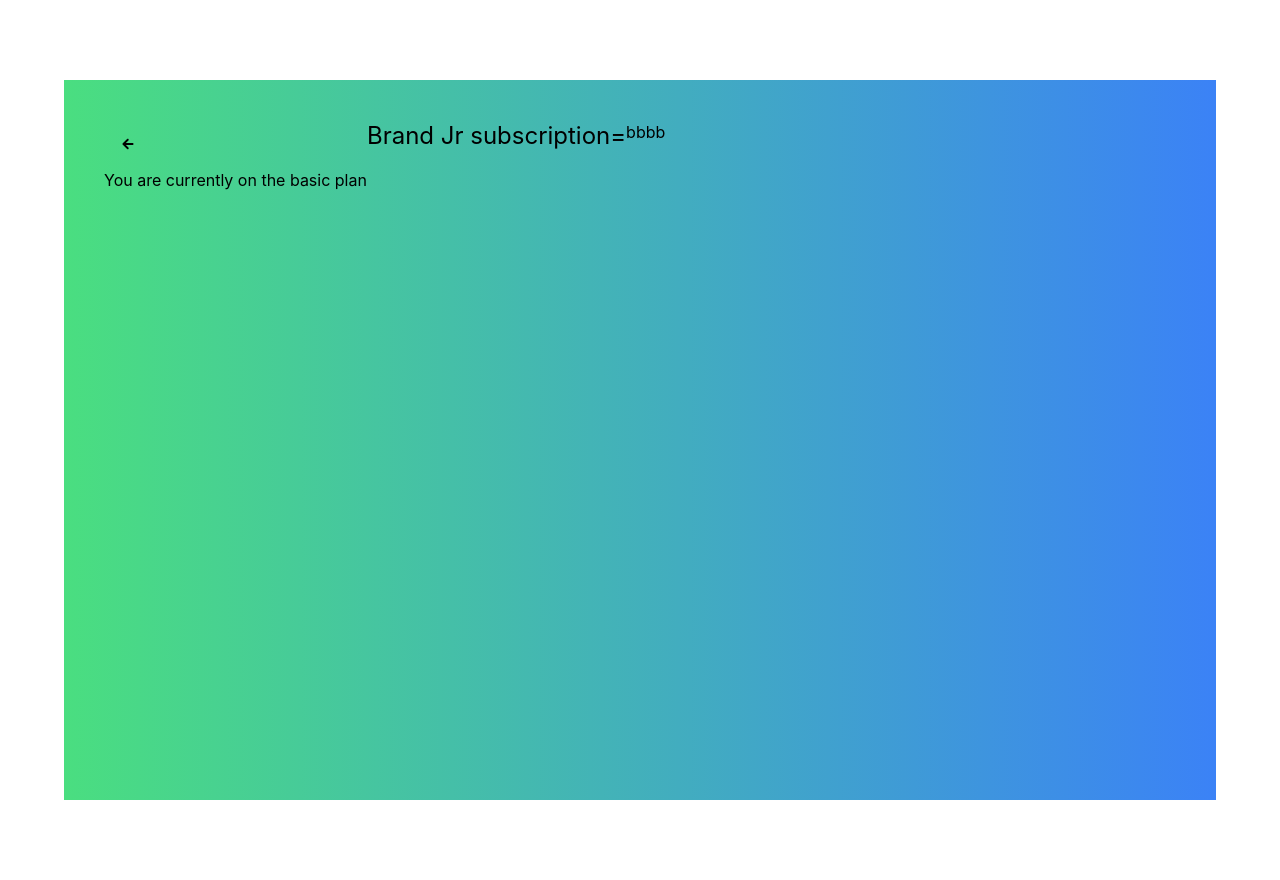
Repository: brandford7/music-player
Page: /subscription
An editor plug-in stored every save of this project. The page is shown before and after a run of saves, followed by the edit.
The browser window is 1280 px wide. The pictures show the whole page.
The project was rebuilt for these pictures with package versions that can differ from the ones it lists, and the page was loaded fresh each time. The framework's server and built-in components were replaced by stand-ins that run in the browser. Also part of the build but not shown: next.config.js, components/Sidebar.jsx, components/MusicButton.jsx, components/MusicCard.jsx, components/SongList.jsx, components/PlaylistComponent.jsx, components/LibraryComponent.jsx.

Above is the page before, as saved 2022-11-19 11:45:06.

### pages/subscription.js
import React from "react";
import { SubscriptionComponent } from "../components";

const Subscription = () => {
  return (
    <div className="flex mx-auto max-w-6xl my-20 space-x-10 h-screen p-10 bg-gradient-to-r from-green-400 to-blue-500">
      <SubscriptionComponent />
    </div>
  );
};

export default Subscription;

### styles/globals.css
@tailwind base;
@tailwind components;
@tailwind utilities;



html,
body {
  padding: 0;
  margin: 0;
  font-family: -apple-system, BlinkMacSystemFont, Segoe UI, Roboto, Oxygen,
    Ubuntu, Cantarell, Fira Sans, Droid Sans, Helvetica Neue, sans-serif;
}

a {
  color: inherit;
  text-decoration: none;
}

* {
  box-sizing: border-box;
}

@media (prefers-color-scheme: dark) {
  html {
    color-scheme: dark;
  }
  body {
    color: white;
    background: black;
  }
}

### components/index.js
export { default as Sidebar } from './Sidebar';
export { default as UserAvatar } from './UserAvatar';
export { default as MusicCard } from './MusicCard';
export { default as MusicButton } from './MusicButton';
export { default as SongList } from './SongList';
export { default as PlaylistComponent } from './PlaylistComponent';
export { default as LibraryComponent } from './LibraryComponent';
export { default as SubscriptionComponent} from './SubscriptionComponent';

### components/UserAvatar.jsx
import React from "react";

const UserAvatar = ({ image, name, subscription }) => {
  return (
    <div className="flex flex-col ">
      <img src={image} alt="" />
      <h2 className="text-2xl">{name}</h2>
      <p className="text-gray-600 text-xl"> {subscription}</p>
    </div>
  );
};

export default UserAvatar;

### components/SubscriptionComponent.jsx
import React from "react";
import { IoMdArrowRoundBack } from "react-icons/io";
import { useRouter } from "next/router";
import UserAvatar from "./UserAvatar";

const SubscriptionComponent = () => {
  const router = useRouter();

  return (
    <div>
      <section className="flex">
        <section>
          <div className="m-4 cursor-pointer" onClick={() => router.back()}>
            <IoMdArrowRoundBack />
          </div>
          <h1>You are currently on the basic plan</h1>
        </section>
        <section className="flex justify-end">
          <UserAvatar name='Brand Jr subscription='Basic />bbbb
        </section>
      </section>
    </div>
  );
};

export default SubscriptionComponent;

Loaded but not shown: pages/_app.js (common file); tailwind.config.js (common file)

After the next 2 saves:
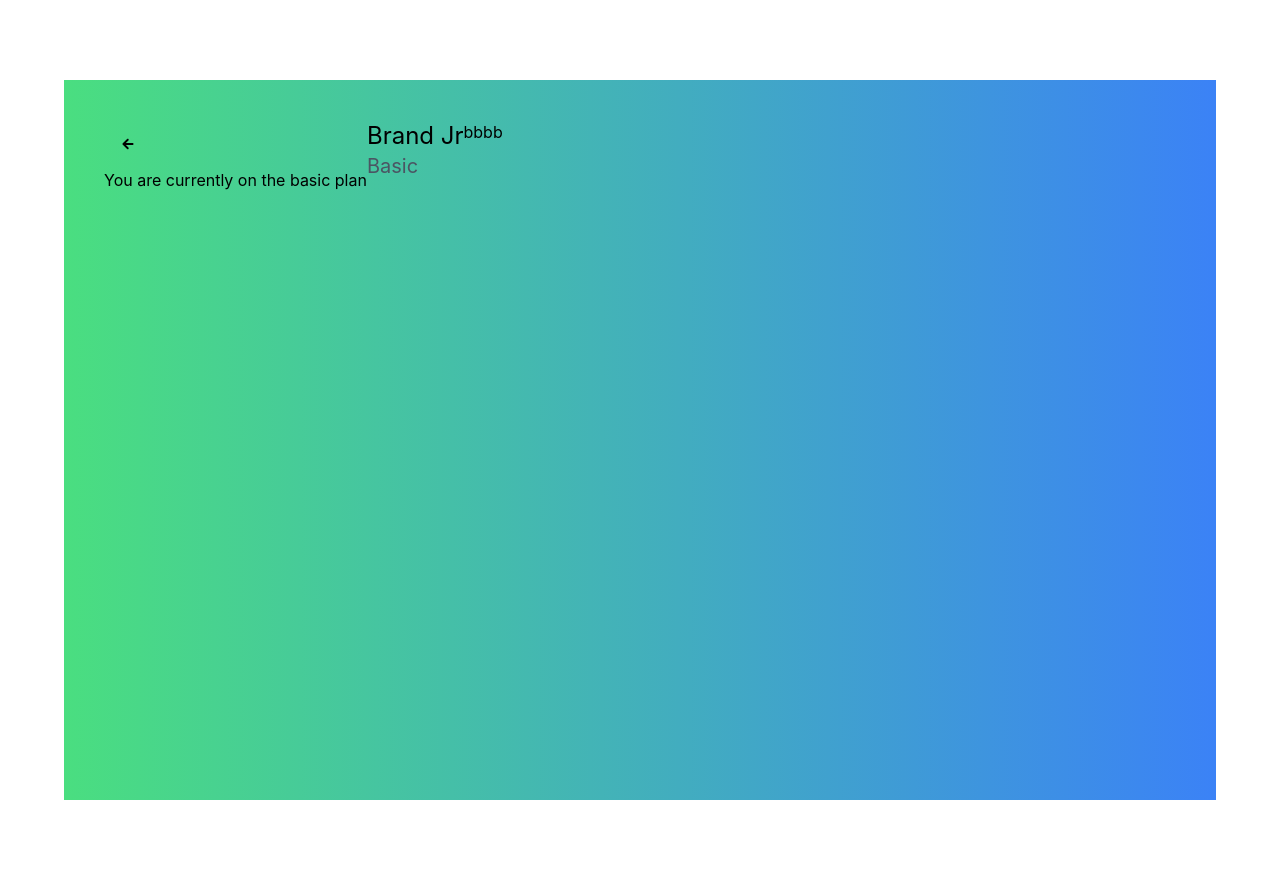
The 2 saves are shown as one change because 1 did not build or start.
The last was saved 13 s later.
--- a/components/SubscriptionComponent.jsx
+++ b/components/SubscriptionComponent.jsx
@@ -16,7 +16,7 @@ const SubscriptionComponent = () => {
           <h1>You are currently on the basic plan</h1>
         </section>
         <section className="flex justify-end">
-          <UserAvatar name='Brand Jr subscription='Basic />bbbb
+          <UserAvatar name='Brand Jr' subscription='Basic' />bbbb
         </section>
       </section>
     </div>
